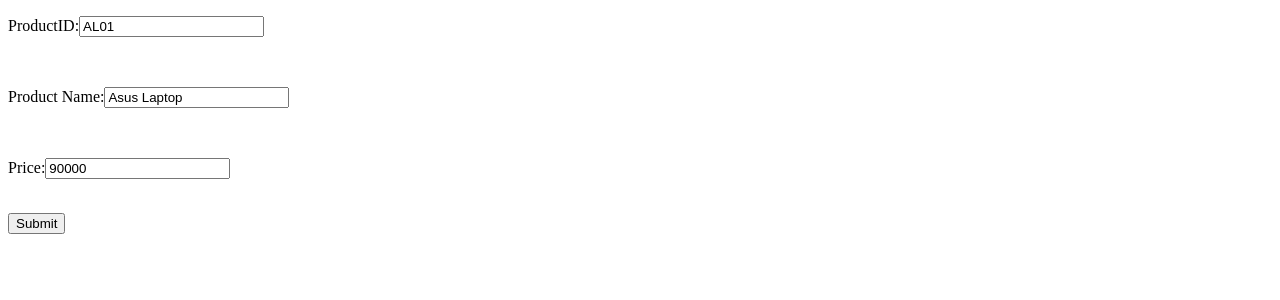
Repository: chofong1999/workspace202607
Page: mvweb0716/src/main/webapp/product.html
The author's editor kept a copy of each file at every save. The page is drawn from the files as they stood at one save, then again after the next save.
The browser window is 1280 px wide. The pictures show the whole page.

Above is the page before, as saved 2026-07-16 01:39:28.

After the next save:
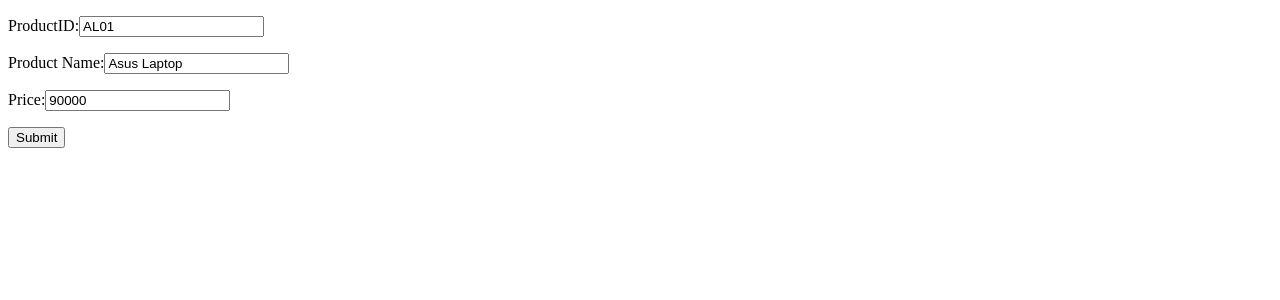
Saved 24 s later.
--- a/mvweb0716/src/main/webapp/product.html
+++ b/mvweb0716/src/main/webapp/product.html
@@ -6,9 +6,9 @@
 </head>
 <body>
 <form action="product.jsp" method="post">
-<p>ProductID:<input type="text" name="product_id" value="AL01"></input></p><br>
-<p>Product Name:<input type="text" name="product_name" value="Asus Laptop"></input></p><br>
-<p>Price:<input type="text" name="price" value="90000"></input></p><br>
+<p>ProductID:<input type="text" name="product_id" value="AL01"></input></p>
+<p>Product Name:<input type="text" name="product_name" value="Asus Laptop"></input></p>
+<p>Price:<input type="text" name="price" value="90000"></input></p>
 <input type="submit">
 </form>
 
